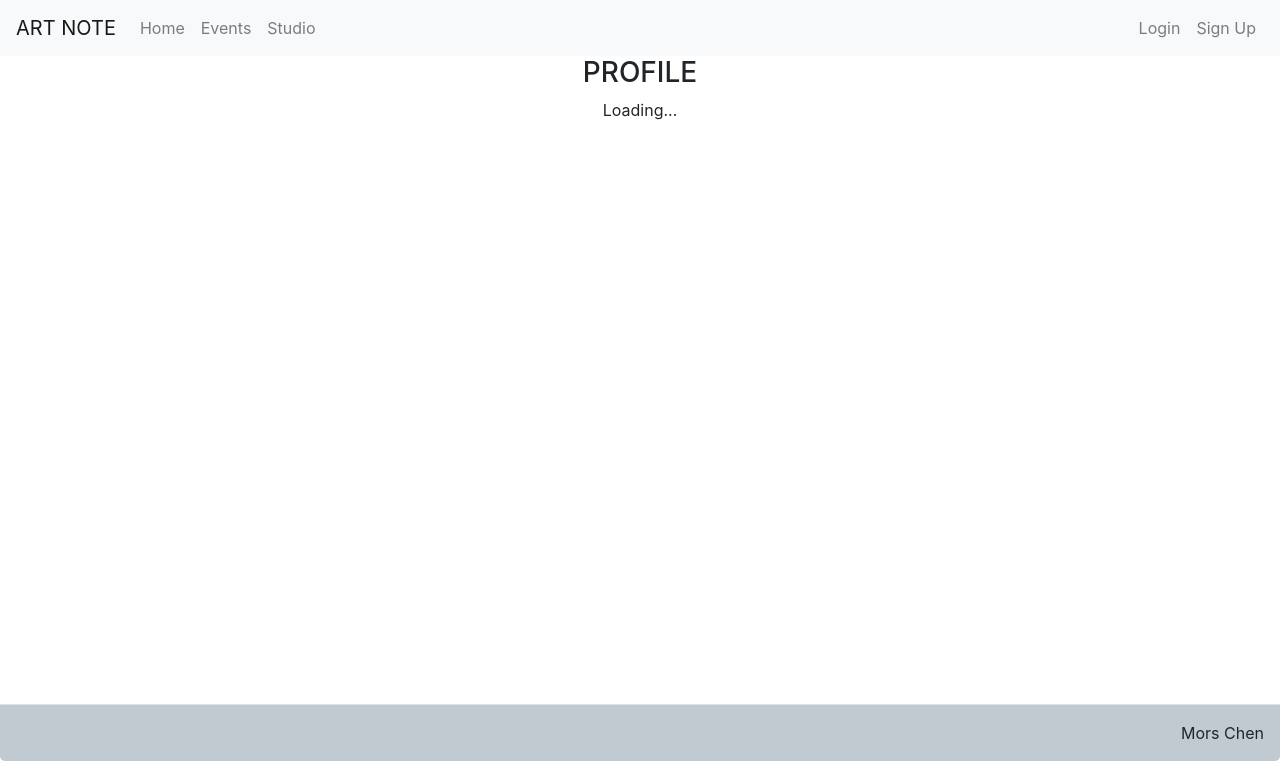
Repository: MorsChen/Final-Client
Page: /profile (app in client-app/)
An editor plug-in stored every save of this project. The page is shown before and after the next save, followed by the edit.
The browser window is 1280 px wide. The pictures show the whole page.
The page's requests for data from a server got no answer. The project was rebuilt for these pictures with package versions that can differ from the ones it lists, and the page was loaded fresh each time. No one was signed in, and anything a server would have sent is missing. Also part of the build but not shown: client-app/src/page/Home.js, client-app/src/page/SignUp.js, client-app/src/page/Login.js.

Above is the page before, as saved 2019-10-01 15:03:57.

### client-app/public/index.html
<!DOCTYPE html>
<html lang="en">
  <head>
    <meta charset="utf-8" />
    <link rel="shortcut icon" href="%PUBLIC_URL%/favicon.ico" />
    <meta name="viewport" content="width=device-width, initial-scale=1" />
    <meta name="theme-color" content="#000000" />
    <meta
      name="description"
      content="Web site created using create-react-app"
    />
    <link rel="apple-touch-icon" href="logo192.png" />
    <link
        rel="stylesheet"
        href="https://maxcdn.bootstrapcdn.com/bootstrap/4.3.1/css/bootstrap.min.css"
        integrity="sha384-ggOyR0iXCbMQv3Xipma34MD+dH/1fQ784/j6cY/iJTQUOhcWr7x9JvoRxT2MZw1T"
        crossorigin="anonymous"
      />
    <!--
      manifest.json provides metadata used when your web app is installed on a
      user's mobile device or desktop. See https://developers.google.com/web/fundamentals/web-app-manifest/
    -->
    <link rel="manifest" href="%PUBLIC_URL%/manifest.json" />
    <!--
      Notice the use of %PUBLIC_URL% in the tags above.
      It will be replaced with the URL of the `public` folder during the build.
      Only files inside the `public` folder can be referenced from the HTML.

      Unlike "/favicon.ico" or "favicon.ico", "%PUBLIC_URL%/favicon.ico" will
      work correctly both with client-side routing and a non-root public URL.
      Learn how to configure a non-root public URL by running `npm run build`.
    -->
    <title>Art Note</title>
  </head>
  <body>
    <noscript>You need to enable JavaScript to run this app.</noscript>
    <div id="root"></div>
    <!--
      This HTML file is a template.
      If you open it directly in the browser, you will see an empty page.

      You can add webfonts, meta tags, or analytics to this file.
      The build step will place the bundled scripts into the <body> tag.

      To begin the development, run `npm start` or `yarn start`.
      To create a production bundle, use `npm run build` or `yarn build`.
    -->
  </body>
</html>

### client-app/src/App.js
import React from "react";
import { BrowserRouter as Router, Route } from "react-router-dom";
import "./App.css";
import 'bootstrap/dist/css/bootstrap.min.css';



import Home from "./page/Home";
import SignUp from "./page/SignUp";
import Login from "./page/Login";
import Logout from "./page/Logout";
import Profile from "./page/Profile";
import NavBar from "./static/NavBar";

// const URL = `https://127.0.0.1:5000/`
export default class App extends React.Component {
  constructor(props) {
    super(props);
    const existingToken = localStorage.getItem('token');
    const accessToken = (window.location.search.split("=")[0]==="?api_key") ? window.location.search.split("=")[1] : null;

    if (!accessToken && !existingToken){
        window.location.replace(`localhost:3000/`)
    };

    if (accessToken) {
        localStorage.setItem('token', accessToken);
    };

    this.state = {
      isloading:true,
      events: {},
      blogs: {},
      users: {},
      profiles: {},
      comments: {},
      news: {},
      token: existingToken || accessToken,
      user:{isSignin:false}
    }
  }

  componentDidMount() {
    this.fetchhome()
    this.fetchUser()
  }

  fetchUser= async() =>{
    const a = await fetch('https://127.0.0.1:5000/getuserinfo',{
      headers: {
        "Content-Type": "application/json",
        "Authorization": `Token ${this.state.token}`
      }
    })
    const b = await a.json()
    if (b.status === 200) {
      b.user.isSignin= true;
      b.user.token = this.state.token
      this.setState({isloading:true,user:b.user})
    }
  }

  fetchhome = async()=>{
    const token = this.state.token
    const resp = await fetch(`https://127.0.0.1:5000/userload`, {
            method: "GET",
            headers: ({
                "Content-Type": "application/json",
                "Authorization": `Token ${token}`
                })
            });
    const data = await resp.json()
  }

  getToken = (token) => {
    this.setState({token : token})

  }
  // isSignin = () =>{
  //   if (this.state.token !== null){
  //     this.setState({ isSignin : true})
  //   }else {
  //     this.setState({isSignin: false})
  //   }
  //   localStorage.setItem('isSignin', this.isSignin)
  // }

  render() {
    console.log('check state', this.state)
    return (
      <div className="App">
        <Router>
            <NavBar user = {this.state.user} />


          <div className="mag-top">
            <Route path="/" exact component={Home}/>
            <Route path="/events/" exact component={Events} />
            <Route path="/studio/" exact component={Studio} />
            <Route path="/workshop/" component={Workshop} />
            <Route path="/profile/" exact component={ (props) => <Profile {...props} user = {this.state.user} />} />
            <Route path="/courses/" component={Courses} />
            {/* <Route path="/learningpaths/" component={LearningPaths} /> */}
            <Route path="/login/" component={ (props) => <Login {...props} getToken = {this.getToken} />}/>
            <Route path="/logout/" component= { (props) => <Logout {...props} token = {this.state.token} />}/>
            <Route path="/register/" component={SignUp} />
            <Route path="/about/" component={About} />
          </div>

          <div className="modal-footer">Mors Chen</div>
        </Router>
      </div>
    );
  }

}

function Events() {
  return <div className="FullContent"> Events </div>;
}

function Studio() {
  return <div className="FullContent"> Studio </div>;
}

function Workshop() {
  return <div className="FullContent"> Workshop </div>;
}

function Courses() {
  return <div className="FullContent"> Courses </div>;
}

// function LearningPaths() {
//   return <div> Learning Paths </div>;
// }

function About() {
  return <div className="FullContent"> ABOUT</div>;
}

// function Logout () {
//   return window.location.replace(`${URL}logout`)
// }

### client-app/src/App.css
.App {
  text-align: center;
}

@import url('https://fonts.googleapis.com/css?family=Exo:700');
@import url('https://fonts.googleapis.com/css?family=Abel');

.App-logo {
  height: 40vmin;
}

.App-header {
  background-color: #282c34;
  min-height: 100vh;
  display: flex;
  flex-direction: column;
  align-items: center;
  justify-content: center;
  font-size: calc(10px + 2vmin);
  color: white;
}

.App-link {
  color: #09d3ac;
}

.slider {
  height: 100vh;
  margin-top: -100px;
}

.navbar {
  position: fixed;
  top: 0;
  width: 100%;
  z-index: 1;
  }

.modal-footer {
  background-color: #607a8a65;
}

.mag-top {
  margin-top: 3.5rem;
}


.flip-card {
  background-color: transparent;
  width: 12rem;
  height: 19rem;
  perspective: 1000px;

}

.flip-card-inner {
  position: relative;
  width: 12rem;
  height: 19rem;
  text-align: center;
  transition: transform 1s;
  transform-style: preserve-3d;
  box-shadow: 0 4px 8px 0 rgba(0,0,0,0.2);
}

.flip-card:hover .flip-card-inner {
  transform: rotateY(180deg);
}

.flip-card-front, .flip-card-back {
  position: absolute;
  width: 12rem;
  height: 19rem;
  backface-visibility: hidden;
}

.flip-card-front {
  background-color: #bbb;
  color: black;
}

.flip-card-back {
  background-color: #524221;
  color: rgb(255, 189, 66);
  transform: rotateY(180deg);
}

.FullContent {
  display: flex;
  width: 100vw;
  height: 90vh;
  text-align: center;
  align-items: center;
  flex-direction: column;
  margin-top: 2rem;
}

.form-content {
  display: flex;
  width: 80%;
  margin-top: 2rem;
  flex-direction: column;
  justify-content: space-between;
  padding: 1rem;
}

.content {
  display: flex;
  width: 100%;
  height: auto;
  justify-content: center;
}
.card-content {
  display: flex;
  width: 80%;
  margin-top: 2rem;
  flex-direction: row-reverse;
  justify-content: space-between;
  padding: 1rem;
}

.test-div{
  display: flex;
  width: 100%;
  margin-top: 20rem;
  /* height: 500px; */
  color: black;
}



/* Stop------ */
.card-tab {
  background-color: #4201010e;
  width: 100vw;
  height: auto;
  -webkit-transform: perspective(900px);
  transform: perspective(900px);
  -webkit-transform-style: preserve-3d;
  transform-style: preserve-3d;
  text-align:center;
}

.card-font {
  font-family: 'Abel', sans-serif;
  color: white;
  text-align:center;
  font-size:12px;
  text-align: center;
  transform: translatex(12px);
}

.text-h3-card {
  font-size:25px;
  font-family: 'Abel', sans-serif;
  color:rgb(255,255,255);
  text-shadow: 0 0 2px rgb(255,255,255);
  transform: translatey(10px);
}

.card1 {
  text-align:center;
  width: 10em;
  height: 350px;
  margin: 1rem;
  background: linear-gradient(rgb(225,150,58),rgb(227,144,91));
  transition:.6s;

  transform: rotatex(75deg) translatey(-200px) translatez(-100px);
  box-shadow: 0px 20px 60px rgba(0,0,0, 0.5);
}
.card1:hover{
  transform: rotatex(0deg);
  transition:.6s;
  box-shadow: 0px 0px 20px rgba(0, 0, 0, 0.3);
}
.card1 img{
  transform: translateY(1rem);
  width: 10em;
  height:120px;
}

.card2 {
  text-align:center;
  width: 10rem;
  height: 350px;
  margin: 1rem;
  background: linear-gradient(rgb(93,94,170),rgb(93,66,103));
  animation: animate 1s linear infinite;
  transition:.6s;

  transform: rotatex(75deg) translatey(-200px) translatez(-100px);
  box-shadow: 0px 20px 60px rgba(0, 0, 0, 0.5);
}
.card2:hover{
  transform: rotatex(0deg);
  transition:.6s;
  box-shadow: 0px 0px 20px rgba(0, 0, 0, 0.3);
}
.card2 img{
  transform: translateY(1rem);
  width: 10em;
  height:150px;
}
.card3 {
  text-align:center;
  width: 10em;
  height: 350px;
  margin: 1rem;
  background: linear-gradient(#ff5252, #b33939);
  transition:.6s;

  transform: rotatex(75deg) translatey(-200px) translatez(-100px);
  box-shadow: 0px 20px 60px rgba(0, 0, 0, 0.5);
}
.card3:hover{
  transform: rotatex(0deg);
  transition:.6s;
  box-shadow: 0px 0px 20px rgba(0, 0, 0, 0.3);
}
.card3 img{
  transform: translateY(1rem);
  width: 10em;
  height:120px;
}

### client-app/src/page/Logout.js
import React from "react";

const URL = `https://127.0.0.1:5000/`

export default class Logout extends React.Component {
    constructor(props){
        super(props)
        this.state = {...props}
        console.log('check props', this.state)

    }

    componentDidMount(){
        this.deltoken()
    }
    deltoken = async () => {
        console.log('check token inside', this.state.token)
        console.log('check URL', `${URL}logout`)
        const response = await fetch(`${URL}logout`, {
        method: 'GET',
        headers: {
            'Accept': 'application/json',
            'Content-Type': 'application/json',
            'Authorization': `Token ${this.state.token}`
        }
        })
        const status = await response.json()
        console.log('STATUS',status.status)
        if (status.status === 200) {
            localStorage.clear('token')
            this.setState({ token: null })
            return window.location.replace(`http://localhost:3000/`);}
            else {return alert('something wrong')}
    }
    sendToken=(token)=>{
        this.props.getToken({token: token})
    }

    render (){

        return [

        ]
    }
}

### client-app/src/page/Profile.js
import React, {Component} from "react";
import { Button } from "react-bootstrap";
export default class Profile extends Component {
    constructor(props) {
        super(props);
        this.state = {...props, isLoaded : false, isUserinfo: true};
        console.log("check props Profile", this.state)
      }
    componentDidMount(){
        this.getprofile()
    }

    getprofile = async() => {
        const token = this.state.user.token
        const resp = await fetch(`https://127.0.0.1:5000/users/profile`, {
            method: "GET",
            headers: ({
                "Content-Type": "application/json",
                "Authorization": `Token ${token}`
                })
            });
        const data = await resp.json()
        console.log ("check data from login", data)
        if (data.status = 200){
            if (data.user === null){
                this.setState({isUserinfo: false})}
            else{this.setState({ userinfo: {
                id: data.user.id,
                username: data.user.username,
                firstname: data.user.firstname,
                lastname: data.user.lastname,
                email: data.user.email,
                address: data.user.address,
                birthday: data.user.birthday,
                city: data.user.city,
                state: data.user.state,
                zipcode: data.user.zipcode,
                phone: data.user.phone,
            },
                isLoaded: true,
            });}
        }
    }
    render(){
        console.log('check state 42' , this.state)
        return [
            <div className="FullContent">
                <h3>PROFILE</h3>
                {this.state.isUserinfo ? <> {this.state.isLoaded ? <> <p>User Name : {this.state.userinfo.username}</p>
                <p>Full Name: {this.state.userinfo.firstname} {this.state.userinfo.lastname}</p>
                <p>Birthday: {this.state.userinfo.birthday}</p>
                <p>Email : {this.state.userinfo.email}</p>
                <p>Phone: {this.state.userinfo.phone}</p>
                <p>Address: {this.state.userinfo.address}, district {this.state.userinfo.state}, {this.state.userinfo.city} city</p>
                <p>Zipcode : {this.state.userinfo.zipcode}</p> </> : <div>Loading...</div>} </> : <><button>edit Profile</button></>}


            </div>
        ]
    }
}

### client-app/src/static/NavBar.js
import React from "react";
import { Link } from "react-router-dom";
import { Navbar, Nav} from "react-bootstrap";


export default class NavBar extends React.Component {


  render () {
    console.log('check pass user', this.props.user)
      return [
          <Navbar bg="light" expand="lg">
          <Link class="navbar-brand" to="/">ART NOTE</Link>
            <Navbar.Toggle aria-controls="basic-navbar-nav" />
            <Navbar.Collapse id="basic-navbar-nav">
              <Nav className="mr-auto">
                <Link class="nav-link" to="/">
                    Home
                  </Link>
                  <Link class="nav-link" to="/events/">
                    Events
                  </Link>
                  <Link class="nav-link" to="/studio/">
                    Studio
                  </Link>
                  {this.props.user.isSignin ? <>
                    <Link class="nav-link" to="/workshop/">
                    WorkShop
                    </Link>
                    <Link class="nav-link" to="/courses/">
                      Courses
                    </Link>
                    <Link class="nav-link" to="/profile/">
                      Profile
                    </Link>
                    <Link class="nav-link" to="/about/">
                      About
                    </Link>
                    </> : <>
                      </>}

                {/* <NavDropdown title="Dropdown" id="basic-nav-dropdown">
                  <NavDropdown.Item href="#action/3.1">Action</NavDropdown.Item>
                  <NavDropdown.Item href="#action/3.2">Another action</NavDropdown.Item>
                  <NavDropdown.Item href="#action/3.3">Something</NavDropdown.Item>
                  <NavDropdown.Divider />
                  <NavDropdown.Item href="#action/3.4">Separated link</NavDropdown.Item>
                </NavDropdown> */}
              </Nav>
              <Nav className="mr-0">
                  {this.props.user.isSignin ? <><Link class="nav-link" to="/logout">Logout</Link>
                  </> : <>
                      <Link class="nav-link" to="/login">Login</Link>
                      <Link class="nav-link" to="/register">Sign Up</Link></>}
              </Nav>
            </Navbar.Collapse>
          </Navbar>

      ]
  }
}

Loaded but not shown: client-app/src/index.js (common file); client-app/src/index.css (common file); client-app/src/serviceWorker.js (common file)

After the next save:
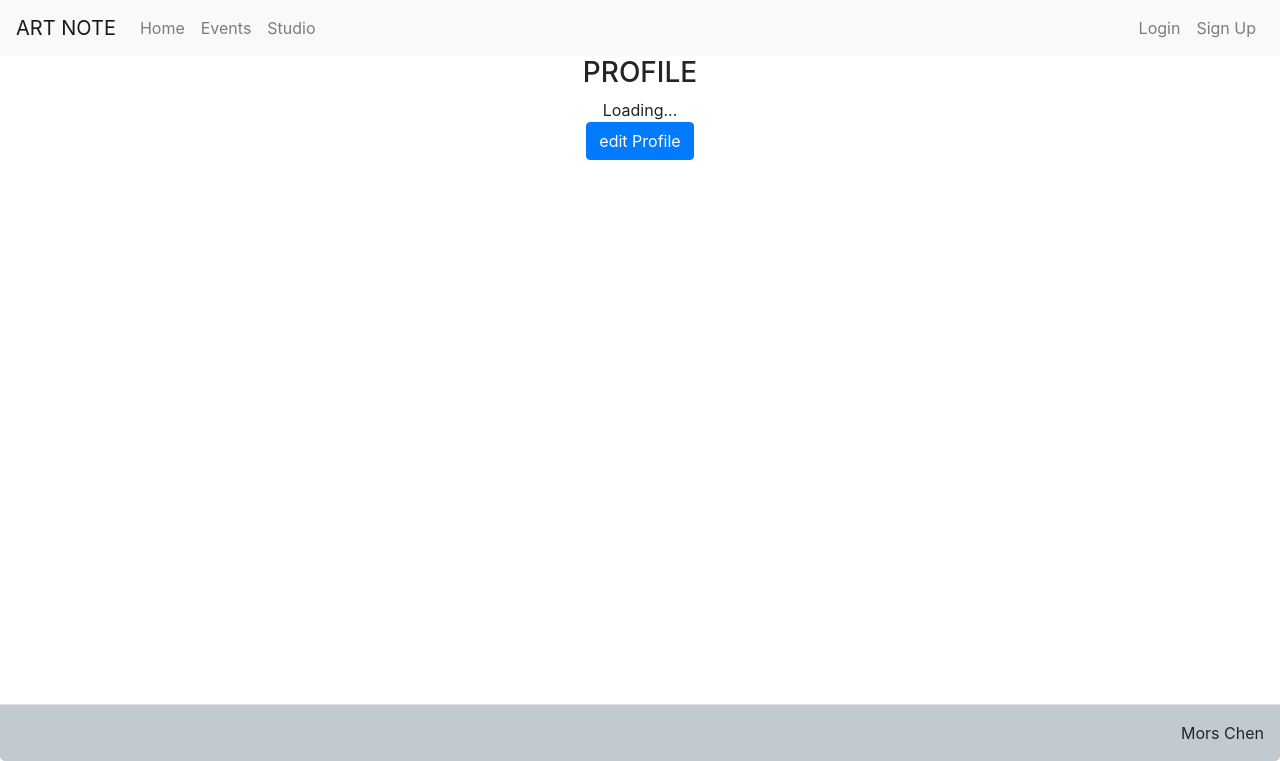
Saved 4 min 11 s later.
--- a/client-app/src/page/Profile.js
+++ b/client-app/src/page/Profile.js
@@ -52,7 +52,8 @@ export default class Profile extends Component {
                 <p>Email : {this.state.userinfo.email}</p>
                 <p>Phone: {this.state.userinfo.phone}</p>
                 <p>Address: {this.state.userinfo.address}, district {this.state.userinfo.state}, {this.state.userinfo.city} city</p>
-                <p>Zipcode : {this.state.userinfo.zipcode}</p> </> : <div>Loading...</div>} </> : <><button>edit Profile</button></>}
+                <p>Zipcode : {this.state.userinfo.zipcode}</p> </> : <div>Loading...</div>} </> : <></>}
+                <button className="btn btn-primary">edit Profile</button>
 
 
             </div>
